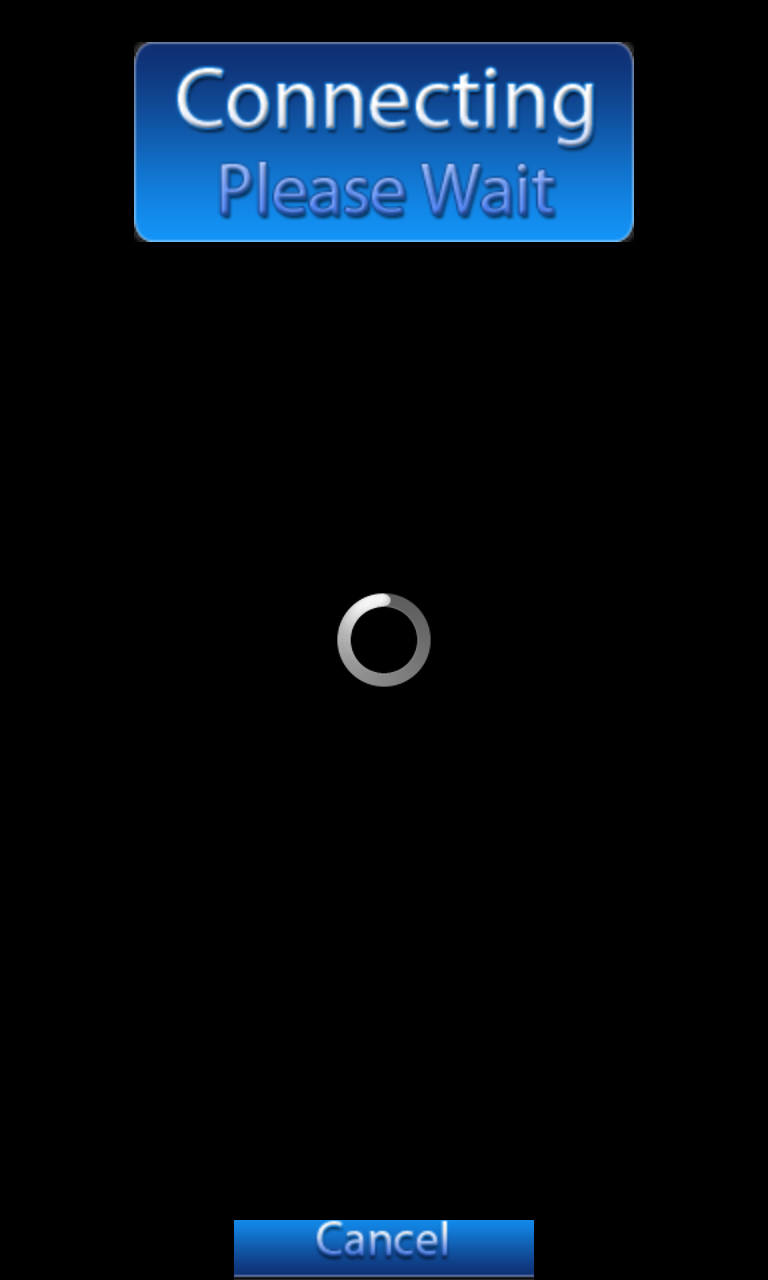
Repository: Matt-Bishop/HP-Photo-Kiosk
Layout: workspace/HP_PK/res/layout/connecting.xml
These files come from the project's save history. The layout is drawn as it stood at one moment and after the next save; the edit follows.
It is drawn on a 768 x 1280 px phone screen (xhdpi) without system bars, with theme android:Theme; the app's code is not run.

Above is the layout before, as saved 2011-01-05 02:18:17.

After the next save:
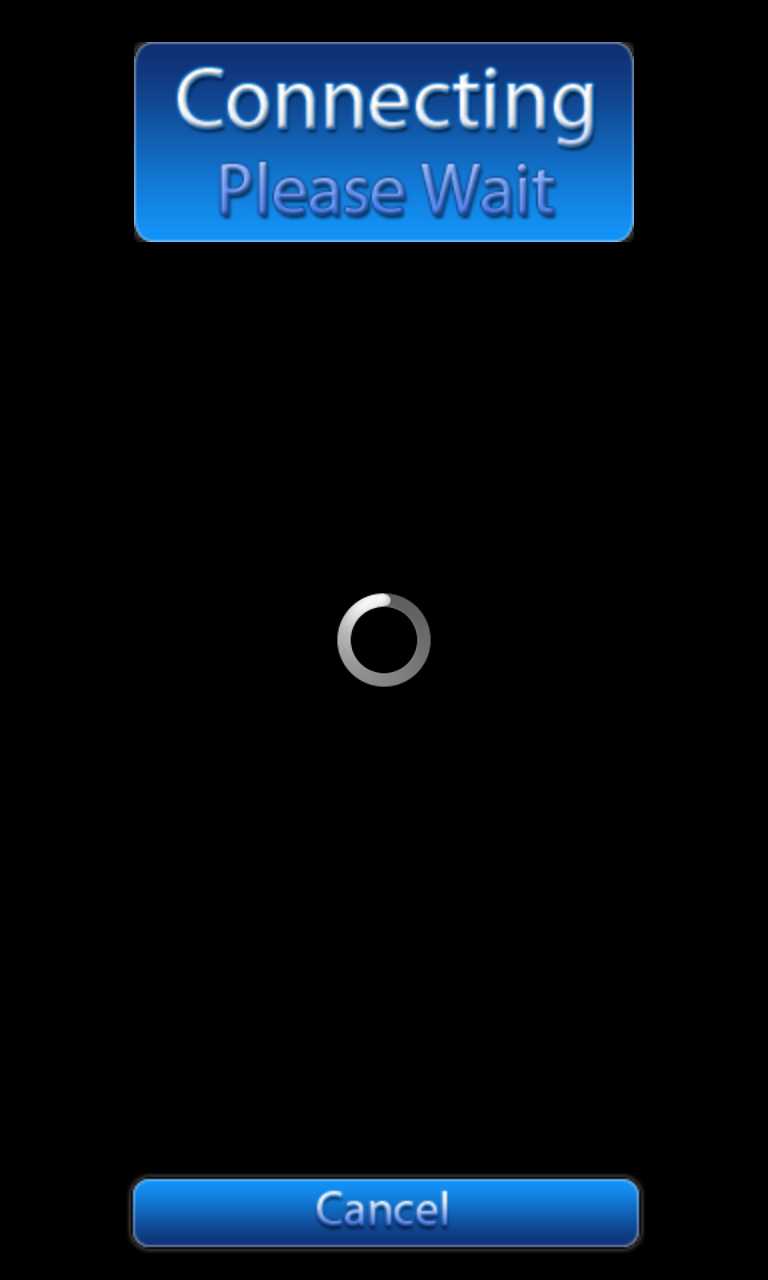
Saved 12 s later.
--- a/workspace/HP_PK/res/layout/connecting.xml
+++ b/workspace/HP_PK/res/layout/connecting.xml
@@ -47,8 +47,8 @@
 </FrameLayout>
 <ImageButton
 android:id="@+id/widget30"
-android:layout_width="300px"
-android:layout_height="60px"
+android:layout_width="300dip"
+android:layout_height="60dip"
 android:src="@drawable/hp_cancel_button"
 android:layout_alignParentBottom="true"
 android:layout_centerHorizontal="true"
